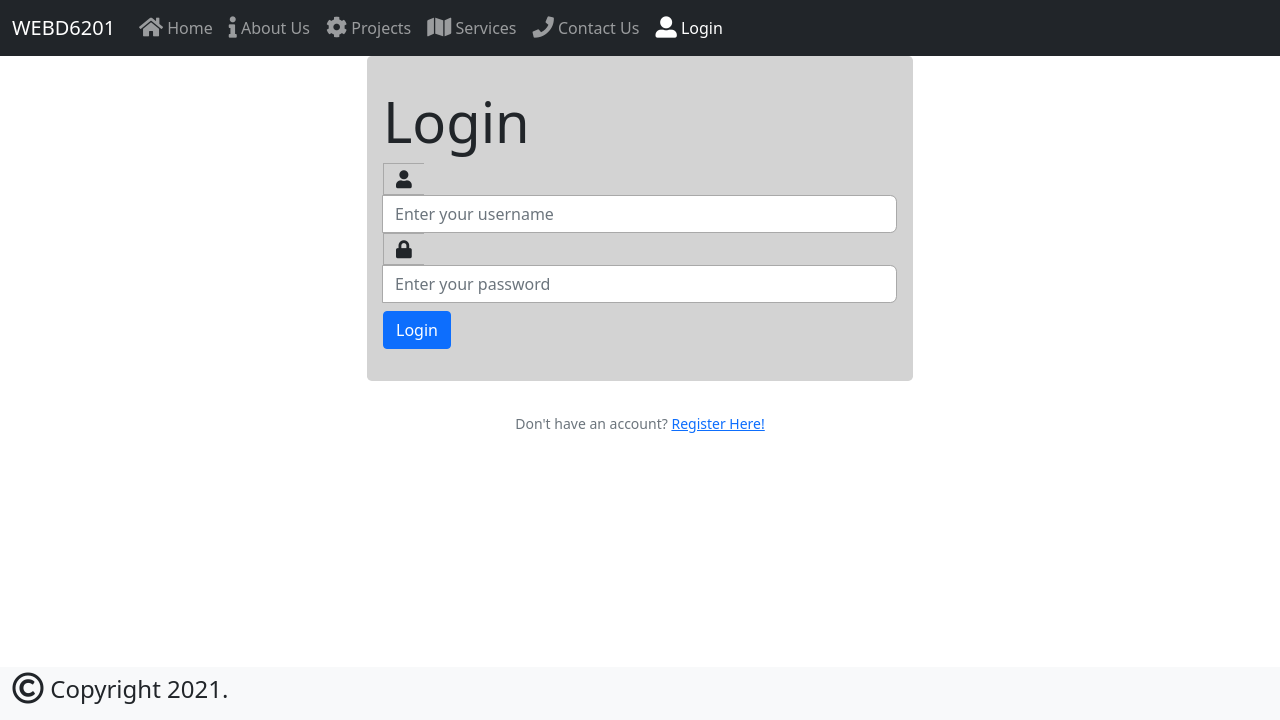
Repository: CKM206/WebD6201-W2021-ICE5
Page: login.html
These files come from the project's save history. The page is drawn as it stood at one moment and after the next save; the edit follows.
The browser window is 1280 px wide. The pictures show the whole page.

Above is the page before, as saved 2021-03-07 01:21:59.

After the next save:
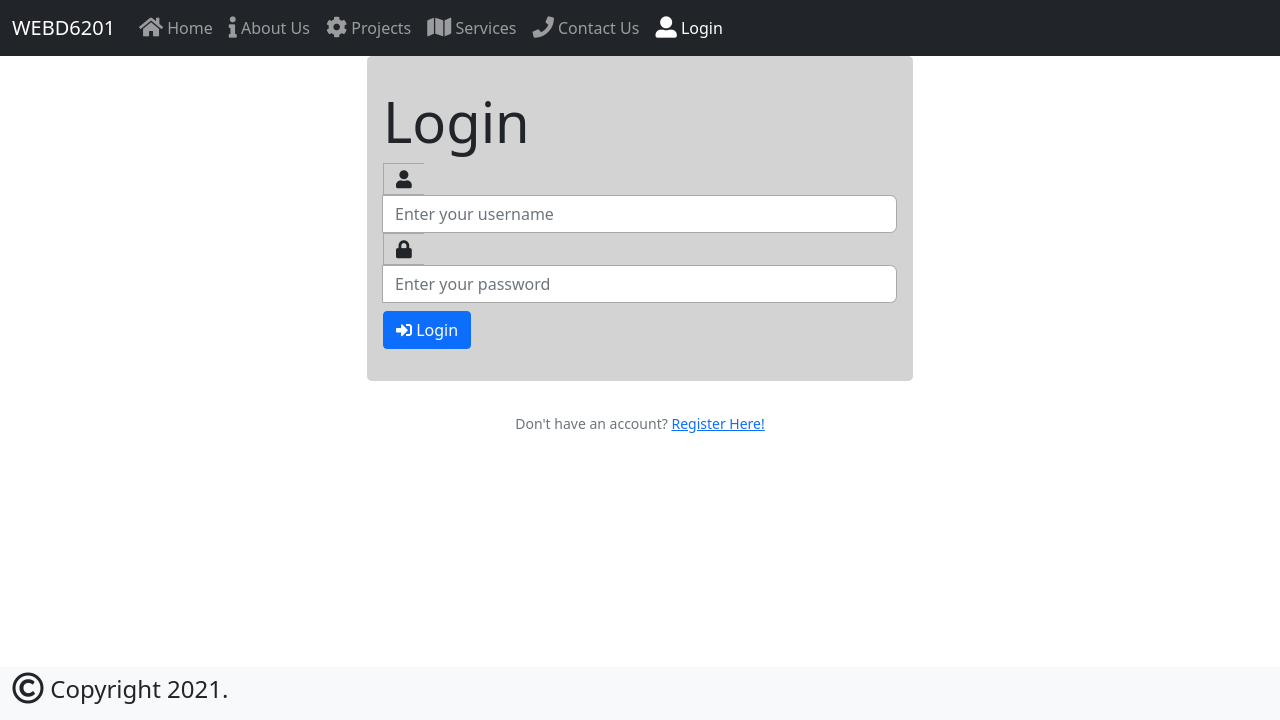
Saved 108 s later.
--- a/login.html
+++ b/login.html
@@ -81,7 +81,7 @@
 
                       </div>
                       <div class="text-right">
-                        <button id="submitButton" type="submit" class="btn btn-primary">Login</button>
+                        <button id="submitButton" type="submit" class="btn btn-primary"> <i class="fas fa-sign-in-alt"></i> Login</button>
                       </div>
                     </form>
 
